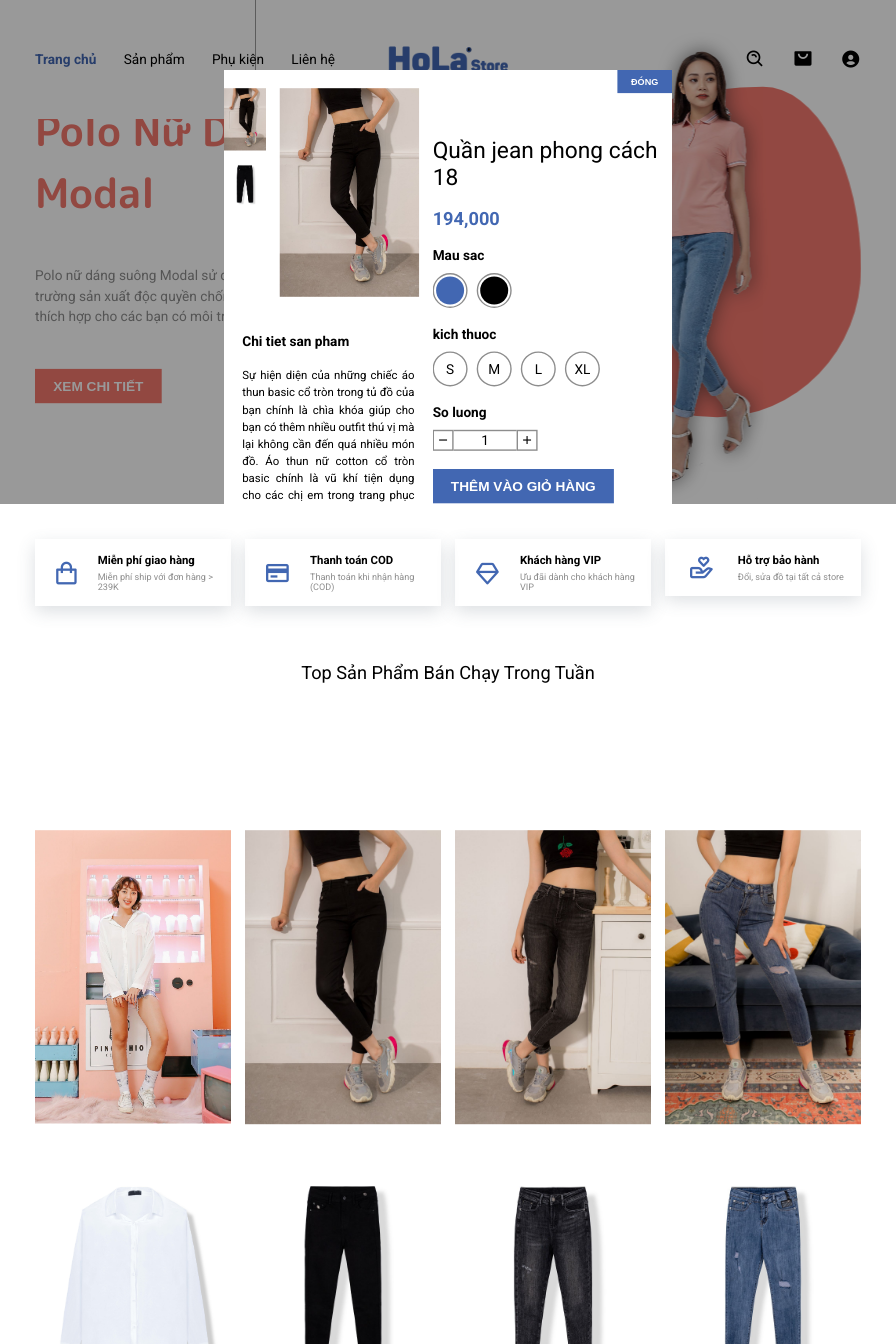
Repository: eric-nguyen-fe/Hola-ecommerce
Page: /
The author's editor kept a copy of each file at every save. The page is drawn from the files as they stood at one save, then again after the next save.
The browser window is 1280 px wide. The pictures show the part of the page from y = 0 to 1920 px (the page is 8986 px tall), at 70% of full size.
An inner scrolling area shows only its first screen. The project was rebuilt for these pictures with package versions that can differ from the ones it lists, and the page was loaded fresh each time. Also part of the build but not shown: src/components/CheckBox.jsx, src/assets/fake-data/category.js, src/assets/fake-data/product-color.js, src/assets/fake-data/product-size.js, src/components/InfinityList.jsx, src/pages/Catalog.jsx, src/pages/Cart.jsx, src/pages/Product.jsx.

Above is the page before, as saved 2021-12-10 15:33:48.

After the next save:
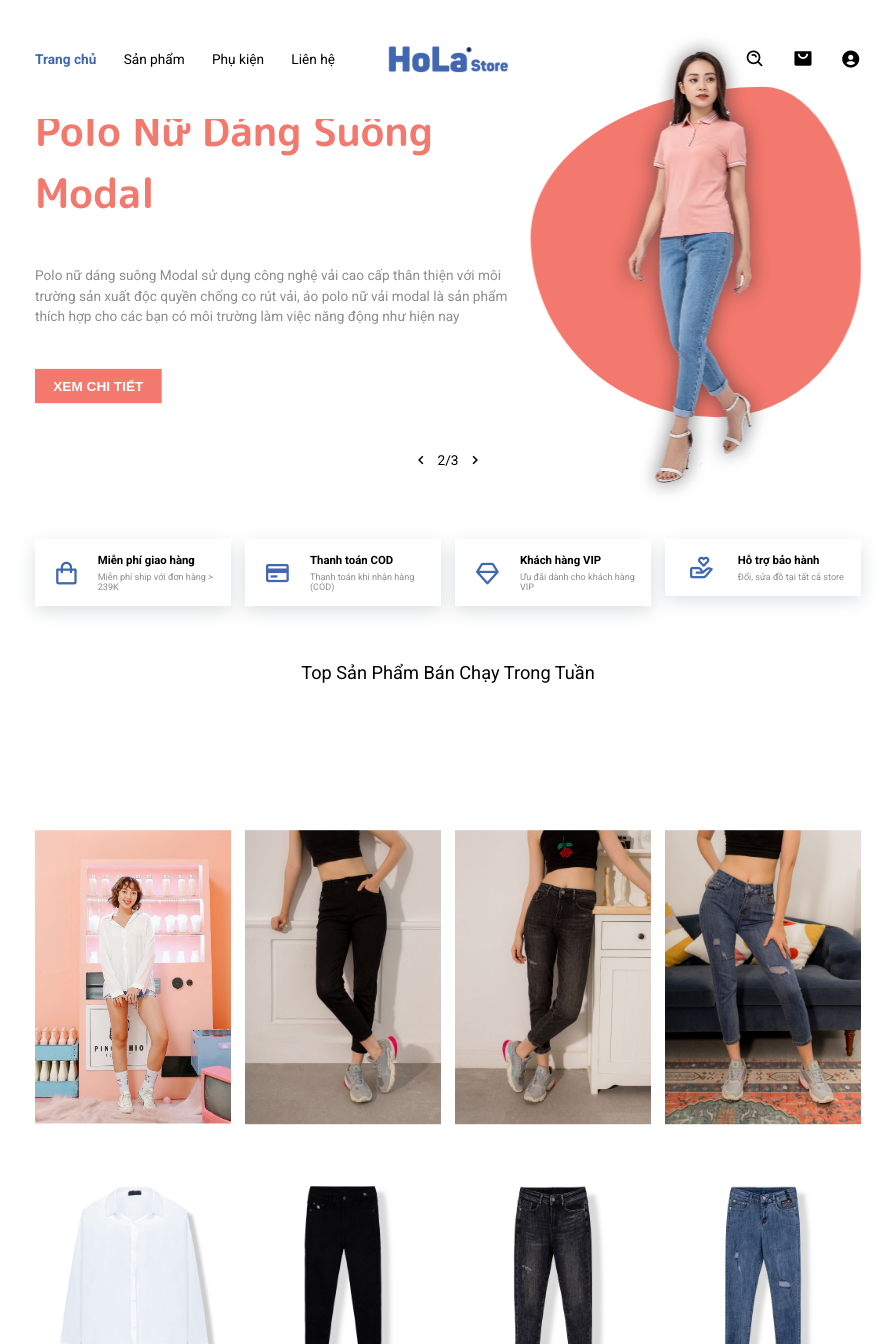
Saved 35 s later.
--- a/src/scss/components/_product-view-modal.scss
+++ b/src/scss/components/_product-view-modal.scss
@@ -9,6 +9,8 @@
     overflow: auto;
     background-color: rgb(0, 0, 0);
     background-color: rgba($color: #000000, $alpha: 0.4);
+    opacity: 0;
+    visibility: hidden;
 
     &__content {
         margin: auto;

After the 5 saves that followed:
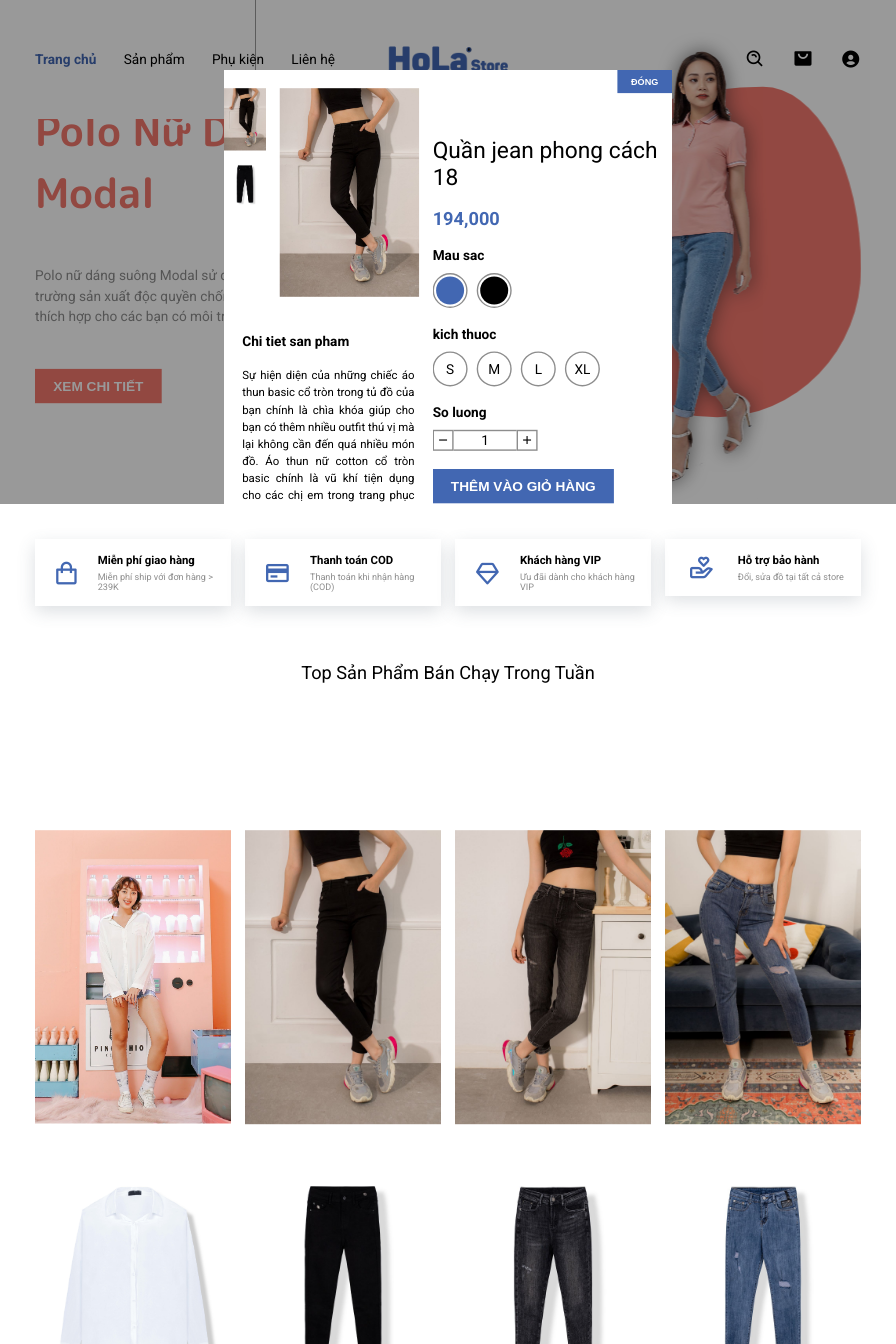
The 5 saves are shown as one change because 1 did not build or start and 3 left the picture as it was.
The last was saved 3 min 4 s later.
--- a/src/scss/components/_product-view-modal.scss
+++ b/src/scss/components/_product-view-modal.scss
@@ -12,12 +12,20 @@
     opacity: 0;
     visibility: hidden;
 
+    &.active{
+        opacity: 1;
+        visibility: visible;
+    }
+
     &__content {
         margin: auto;
         padding-top: 2rem;
         background-color: $main-bg;
         width: 50%;
         position: relative;
+        opacity: 0;
+        transform:  translateY(-250%);
+        transition:  transform .3s ease;
 
         &__close {
             position: absolute;
@@ -25,4 +33,9 @@
             top: 0;
         }
     }
+
+    &.active &__content {
+        opacity: 1;
+        transform: translateY(0);
+    }
 }
--- a/src/components/ProductViewModal.jsx
+++ b/src/components/ProductViewModal.jsx
@@ -12,7 +12,7 @@ const ProductViewModal = () => {
 
 
   return (
-    <div className="product-view__modal">
+    <div className={`product-view__modal ${product === undefined ? '' : 'active'}`}>
         <div className="product-view__modal__content">
             <ProductView product={product}/>
             <div className="product-view__modal__content__close">
